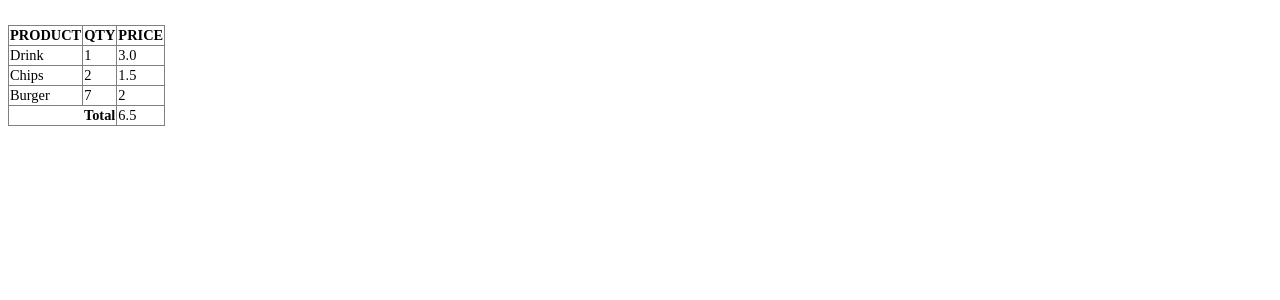
Repository: linas-dev/HTML-CSS-Projects
Page: Basic_HTML_and_CSS/HTML_Table.html
An editor plug-in stored every save of this project. The page is shown before and after the next save, followed by the edit.
The browser window is 1280 px wide. The pictures show the whole page.

Above is the page before, as saved 2021-05-30 10:12:57.

### Basic_HTML_and_CSS/HTML_Table.html
<!DOCTYPE html>
<html lang="en">
<head>
    <meta charset="UTF-8">
    <meta http-equiv="X-UA-Compatible" content="IE=edge">
    <meta name="viewport" content="width=device-width, initial-scale=1.0">
    <link rel="stylesheet" href="Basic_CSS_2.css">
    <title>Document</title>
</head>
<body>
    <table class="table" border="1">
        <thead>
            <tr>
                <td><b>PRODUCT</b></td>
                <td><b>QTY</b></td>
                <td><b>PRICE</b></td>
            </tr>
        </thead>
        <tbody>
            <tr>
                <td>Drink</td>
                <td>1</td>
                <td>3.0</td>
            </tr>
            <tr>
                <td>Chips</td>
                <td>2</td>
                <td>1.5</td>
            </tr>
            <tr>
                <td>Burger</td>
                <td>7</td>
                <td>2</td>
            </tr>
        </tbody>
        <tfoot>
            <tr>
                <td colspan="2" align="right"><b>Total</b></td>
                <td>6.5</td>
            </tr>
        </tfoot>
</body>
</html>

### Basic_HTML_and_CSS/Basic_CSS_2.css
p {
    color: #2E5757;
    background: #F0DFEE;
    font-weight: bolder;
    text-align: right;
}

.table {
    border-collapse: collapse;
    margin: 25px 0;
    font-size: 0.9em;
}

After the next save:
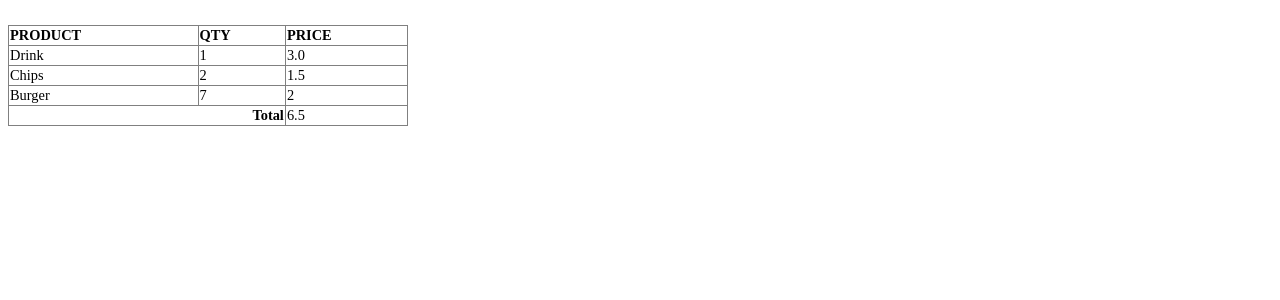
Saved 13 s later.
--- a/Basic_HTML_and_CSS/Basic_CSS_2.css
+++ b/Basic_HTML_and_CSS/Basic_CSS_2.css
@@ -9,4 +9,5 @@ p {
     border-collapse: collapse;
     margin: 25px 0;
     font-size: 0.9em;
+    min-width: 400px;
 }
